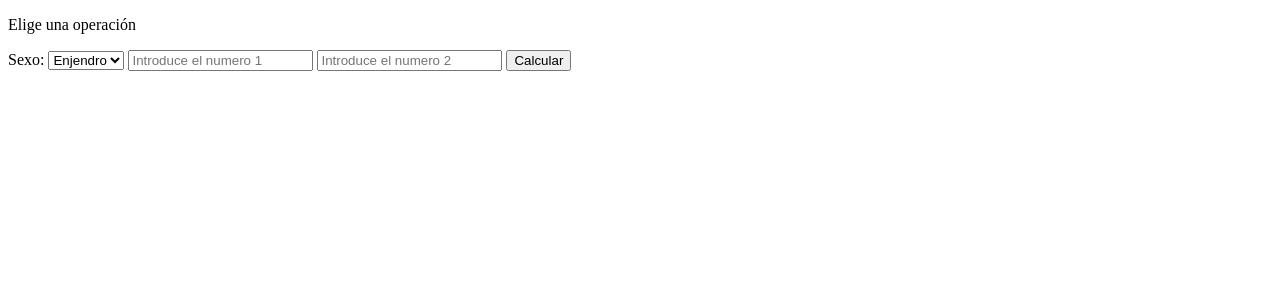
Repository: jcsanceledonio/java_2019_0396_2
Page: http://localhost/javaWebApp/calculadora.jsp
These files come from the project's save history. The page is drawn as it stood at one moment and after the next save; the edit follows.
The browser window is 1280 px wide. The pictures show the whole page.
The page is served by Tomcat 9.

Above is the page before, as saved 2019-11-19 08:07:26.

After the next save:
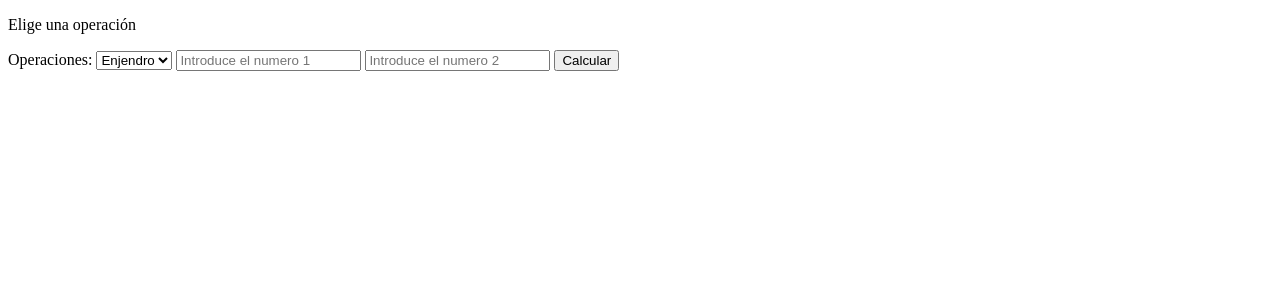
Saved 2 min 1 s later.
--- a/javaWebApp/src/main/webapp/calculadora.jsp
+++ b/javaWebApp/src/main/webapp/calculadora.jsp
@@ -11,10 +11,11 @@
 	<form action="sumar" method="post">
 
 		<p>Elige una operación</p>
-		<label for="sexo">Sexo:</label>
-		<select name="sexo" id="sexo">
-			<option value="h">Hombre</option>
-			<option value="m">Mujer</option>
+		<label for="operacion">Operaciones:</label>
+		<select name="operacion" id="operacion">
+			<option value="s">Suma</option>
+			<option value="r">Resta</option>
+			<option value="r">Resta</option>
 			<option value="e" selected>Enjendro</option>
 
 		</select>
